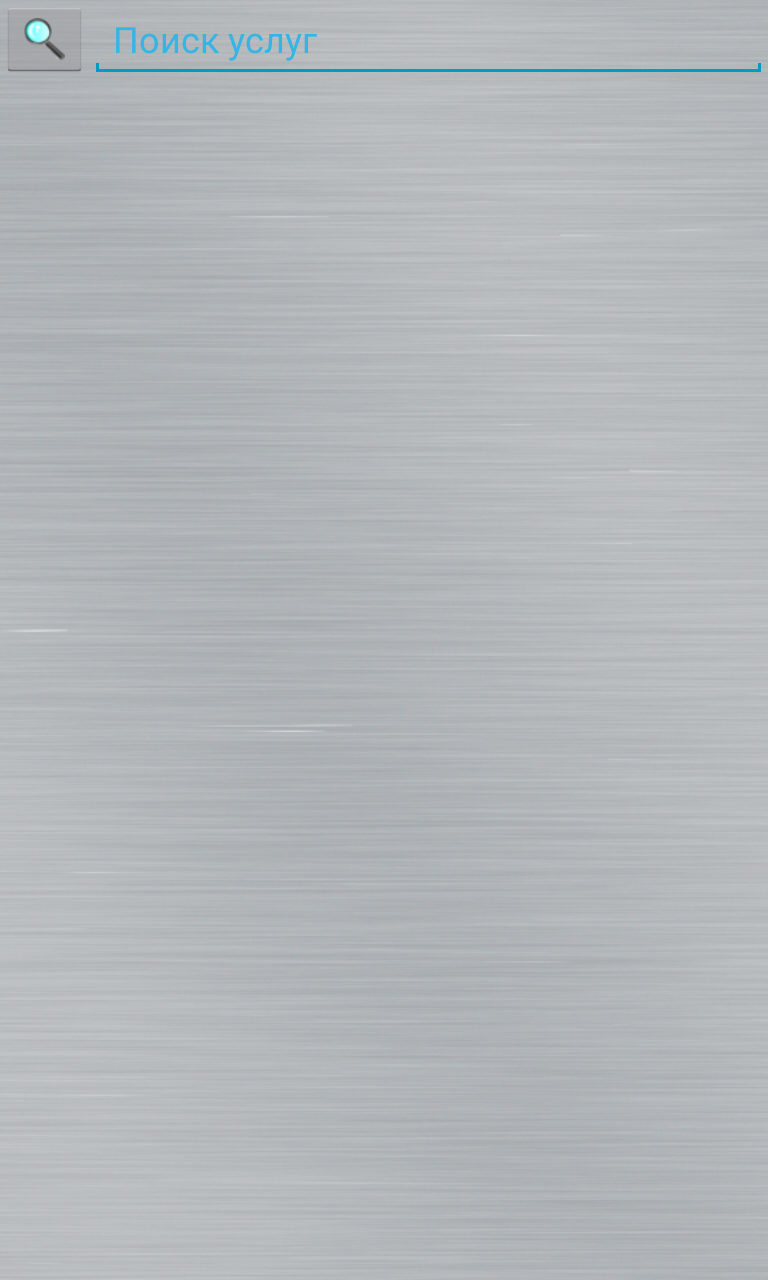
Repository: complexityclass/GosClient
Layout: Client/res/layout/listview_searchbar_layout.xml
These files come from the project's save history. The layout is drawn as it stood at one moment and after the next save; the edit follows.
It is drawn on a 768 x 1280 px phone screen (xhdpi) without system bars, with theme AppTheme; the app's code is not run. Lists and similar views that code fills are empty.

Above is the layout before, as saved 2013-04-21 08:40:58.

### Client/res/layout/listview_searchbar_layout.xml
<?xml version="1.0" encoding="utf-8"?>
<RelativeLayout xmlns:android="http://schemas.android.com/apk/res/android"
    android:layout_width="fill_parent"
    android:layout_height="fill_parent"
    android:background="@drawable/back">


    <EditText
        android:id="@+id/editText1"
        android:layout_width="132dp"
        android:layout_height="wrap_content"
        android:layout_alignParentRight="true"
        android:layout_alignParentTop="true"
        android:layout_toRightOf="@+id/ImageButton01"
        android:text="Поиск услуг"
        android:textColor="@android:color/holo_blue_light"
        android:cursorVisible="false"
        android:ems="10" >

        <requestFocus />
    </EditText>

    <ListView
        android:id="@+id/listView1"
        android:layout_width="fill_parent"
        android:layout_height="wrap_content"
        android:layout_alignParentLeft="true"
        android:layout_below="@+id/editText1" >
    </ListView>

    <ImageButton
        android:id="@+id/ImageButton01"
        android:layout_width="wrap_content"
        android:layout_height="wrap_content"
        android:layout_above="@+id/listView1"
        android:layout_alignParentLeft="true"
        android:layout_alignParentTop="true"
        android:src="@drawable/magnifier" />

</RelativeLayout>

Loaded but not shown: Client/res/values-v11/styles.xml (common file); Client/res/values-v14/styles.xml (common file); Client/res/values/styles.xml (common file)

After the next save:
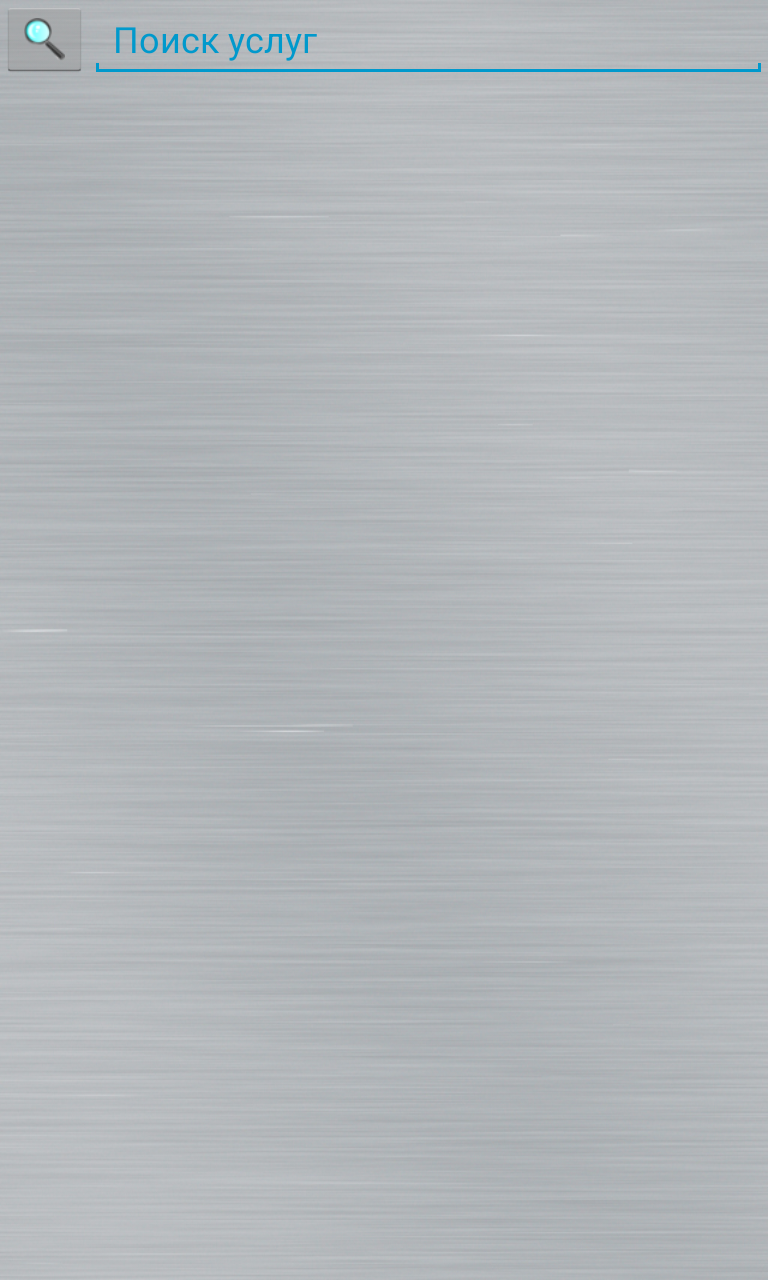
Saved 12 min 46 s later.
--- a/Client/res/layout/listview_searchbar_layout.xml
+++ b/Client/res/layout/listview_searchbar_layout.xml
@@ -13,7 +13,7 @@
         android:layout_alignParentTop="true"
         android:layout_toRightOf="@+id/ImageButton01"
         android:text="Поиск услуг"
-        android:textColor="@android:color/holo_blue_light"
+        android:textColor="@android:color/holo_blue_dark"
         android:cursorVisible="false"
         android:ems="10" >
 
